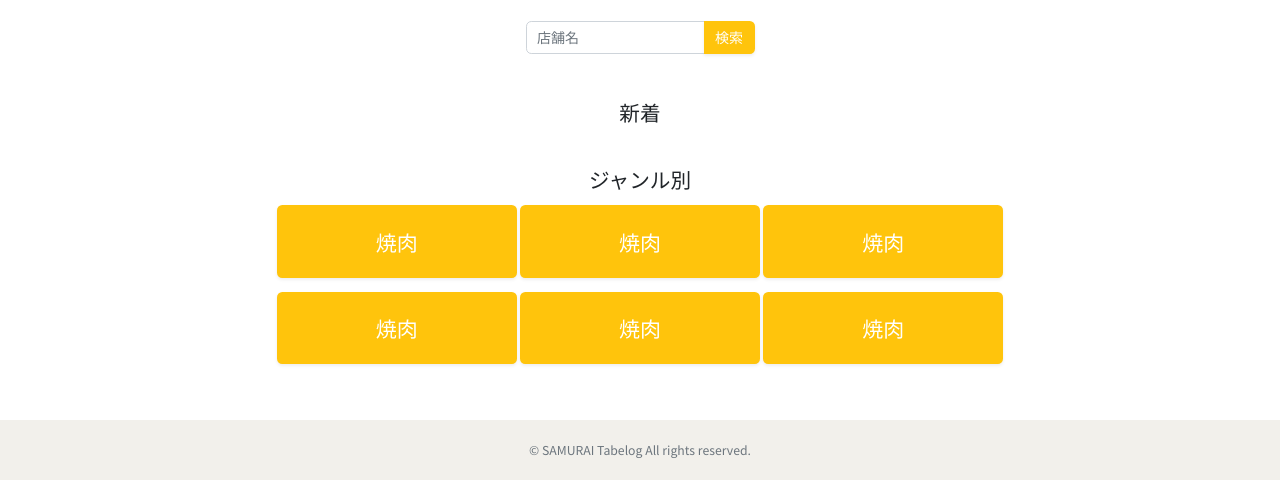
Repository: Mofu-Ya/springboot-tabelog-kadai
Page: http://localhost/index
The author's editor kept a copy of each file at every save. The page is drawn from the files as they stood at one save, then again after the next save.
The browser window is 1280 px wide. The pictures show the part of the page from y = 373 to 881 px (the page is 853 px tall before and 881 px after).
The page is this project's Thymeleaf template; nobody is signed in. The template is opened directly, without the code that normally fills it, so the values that code supplies are empty.

Above is the page before, as saved 2025-01-18 04:30:11.

### kadai_002/samuraitabelog/src/main/resources/templates/index.html
<!DOCTYPE html>
<html xmlns:th="https://www.thymeleaf.org" xmlns:sec="http://www.thymeleaf.org/extras/spring-security">
	<head>
		<div th:replace="~{fragment :: meta}"></div>
        <div th:replace="~{fragment :: styles}"></div>

		<title>SAMURAI tabelog</title>
	</head>
	<body>
		<div class="samuraitabelog-wrapper">
             <!-- ヘッダー -->
             <div th:replace="~{fragment :: header}"></div>

             <main>
				 <div class="d-flex justify-content-center">
                     <img class="samuraitabelog-header-photo" th:src="@{/images/header_photo.jpg}" alt="NAGOYAMESHI">
                 </div>
                 <div class="container pt-4 pb-5 samuraitabelog-container">
                     <div th:if="${param.loggedIn}" class="alert alert-info">
                         ログインしました。
                     </div>

                     <div th:if="${param.loggedOut}" class="alert alert-info">
                         ログアウトしました。
                     </div>

                     <div th:if="${successMessage}" class="alert alert-info">
						 <span th:text="${successMessage}"></span>
                     </div>

                     <div th:if="${errorMessage}" class="alert alert-info">
						 <span th:text="${errorMessage}"></span>
                     </div>



                     <div class="d-flex justify-content-center">
                         <form method="get" th:action="@{/restaurants}" class="mb-5 samuraitabelog-search-form">
                             <div class="input-group">
                                 <input type="text" class="form-control" name="keyword" th:value="${keyword}" placeholder="店舗名">
                                 <button type="submit" class="btn text-white shadow-sm samuraitabelog-btn">検索</button>
                             </div>
                         </form>
                     </div>

                     <h2 class="text-center mt-1 mb-3">新着</h2>
                     <div class="row row-cols-lg-5 row-cols-2 g-3 mb-5">
                         <div class="col" th:each="newRestaurant : ${newRestaurants}">
                             <a th:href="@{/restaurants/__${newRestaurant.getId()}__}" class="link-dark samuraitabelog-card-link">
                                 <div class="card h-100">
                                     <img th:if="${newRestaurant.getImageName()}" th:src="@{/storage/__${newRestaurant.getImageName()}__}" class="card-img-top samuraitabelog-vertical-card-image" alt="店舗画像">
                                     <img th:unless="${newRestaurant.getImageName()}" th:src="@{/images/noImage.png}" class="card-img-top samuraitabelog-vertical-card-image" alt="NO IMAGE">
                                     <div class="card-body">
                                         <h3 class="card-title" th:text="${newRestaurant.getName()}"></h3>
                                         <p class="card-text mb-1">
                                             <small class="text-muted" th:text="${newRestaurant.getCategory.getName()}"></small>
                                         </p>
                                     </div>
                                 </div>
                             </a>
                         </div>
                     </div>

                     <h2 class="text-center mb-3">ジャンル別</h2>
<!--                     <div class="col col-lg-10 col-10 mb-3 justify-content-center">-->

						 <div class="row mb-3">
							 <div class="col text-center">
							<a class="btn text-white shadow-sm category-btn samuraitabelog-btn" th:href="@{/restaurants}">焼肉</a>
						 	<a class="btn text-white shadow-sm category-btn samuraitabelog-btn" th:href="@{/restaurants}">焼肉</a>
						 	<a class="btn text-white shadow-sm category-btn samuraitabelog-btn" th:href="@{/restaurants}">焼肉</a>
						 	</div>
						 </div>
						 <div class="row mb-3">
							<div class="col text-center">
							<a class="btn text-white shadow-sm category-btn samuraitabelog-btn" th:href="@{/restaurants}">焼肉</a>
						 	<a class="btn text-white shadow-sm category-btn samuraitabelog-btn" th:href="@{/restaurants}">焼肉</a>
						 	<a class="btn text-white shadow-sm category-btn samuraitabelog-btn" th:href="@{/restaurants}">焼肉</a>
						 	</div>
						 </div>

<!--                     </div>-->


                 </div>
             </main>

             <!-- フッター -->
             <div th:replace="~{fragment :: footer}"></div>
         </div>

    	<div th:replace="~{fragment :: scripts}"></div>
	</body>
</html>

### kadai_002/samuraitabelog/src/main/resources/templates/fragment.html
<!DOCTYPE html>
	<html xmlns:th="https://www.thymeleaf.org" xmlns:sec="http://www.thymeleaf.org/extras/spring-security">
    <head>
        <!-- meta要素の部品化 -->
        <div th:fragment="meta" th:remove="tag">
            <meta charset="UTF-8">
            <meta name="viewport" content="width=device-width, initial-scale=1">
        </div>

        <!-- link要素の部品化 -->
        <div th:fragment="styles" th:remove="tag">
            <!-- Bootstrap -->
            <link href="https://cdn.jsdelivr.net/npm/bootstrap@5.2.3/dist/css/bootstrap.min.css" rel="stylesheet" integrity="sha384-rbsA2VBKQhggwzxH7pPCaAqO46MgnOM80zW1RWuH61DGLwZJEdK2Kadq2F9CUG65" crossorigin="anonymous">

            <!-- Google Fonts -->
            <link rel="preconnect" href="https://fonts.googleapis.com">
            <link rel="preconnect" href="https://fonts.gstatic.com" crossorigin>
            <link href="https://fonts.googleapis.com/css2?family=Noto+Sans+JP:wght@400;500&display=swap" rel="stylesheet">

            <link th:href="@{/css/style.css}" rel="stylesheet" >
        </div>

        <title>部品化用のHTMLファイル</title>
    </head>
    <body>
		<!-- ヘッダーの部品化 -->
        <div th:fragment="header" th:remove="tag">
            <nav class="navbar navbar-expand-md navbar-light bg-white shadow-sm samuraitabelog-navbar">
                <div class="container samuraitabelog-container">
                    <a class="navbar-brand" th:href="@{/}">
                        <img class="samuraitabelog-logo me-1" th:src="@{/images/logo.png}" alt="NAGOYAMESHI">
                    </a>

                    <button class="navbar-toggler" type="button" data-bs-toggle="collapse" data-bs-target="#navbarSupportedContent" aria-controls="navbarSupportedContent" aria-expanded="false" aria-label="Toggle navigation">
                         <span class="navbar-toggler-icon"></span>
                     </button>

                     <div class="collapse navbar-collapse" id="navbarSupportedContent">
                         <ul class="navbar-nav ms-auto">
                             <!-- 未ログインであれば表示する -->
                             <li class="nav-item" sec:authorize="isAnonymous()">
                                 <a class="nav-link" th:href="@{/login}">ログイン</a>
                             </li>
                             <li class="nav-item" sec:authorize="isAnonymous()">
                                 <a class="nav-link" th:href="@{/signup}">会員登録</a>
                             </li>

                             <!-- ログイン済みの無料会員であれば表示する -->
                             <li class="nav-item dropdown" sec:authorize="hasRole('GENERAL_FREE')">
                                 <a id="navbarDropdownGeneral" class="nav-link dropdown-toggle" href="#" role="button" data-bs-toggle="dropdown" aria-haspopup="true" aria-expanded="false" v-pre>
                                     <span sec:authentication="principal.user.name"></span>
                                 </a>

                                 <div class="dropdown-menu dropdown-menu-end" aria-labelledby="navbarDropdownGeneral">
                                     <a class="dropdown-item samuraitabelog-dropdown-item" th:href="@{/user}">会員情報</a>

                                     <div class="dropdown-divider"></div>

                                     <a class="dropdown-item samuraitabelog-dropdown-item" th:href="@{/logout}" onclick="event.preventDefault(); document.getElementById('logout-form').submit();">
                                         ログアウト
                                     </a>
                                     <form class="d-none" id="logout-form" th:action="@{/logout}" method="post"></form>
                                 </div>
                             </li>

                             <!-- ログイン済みの有料会員であれば表示する -->
                             <li class="nav-item dropdown" sec:authorize="hasAnyRole('GENERAL_PAID', 'OWNER_ADMIN')">
                                 <a id="navbarDropdownGeneral" class="nav-link dropdown-toggle" href="#" role="button" data-bs-toggle="dropdown" aria-haspopup="true" aria-expanded="false" v-pre>
                                     <span sec:authentication="principal.user.name"></span>
                                 </a>

                                 <div class="dropdown-menu dropdown-menu-end" aria-labelledby="navbarDropdownGeneral">
                                     <a class="dropdown-item samuraitabelog-dropdown-item" th:href="@{/user}">会員情報</a>
                                     <a class="dropdown-item samuraitabelog-dropdown-item" th:href="@{/reservations}">予約一覧</a>

                                     <div class="dropdown-divider"></div>

                                     <a class="dropdown-item samuraitabelog-dropdown-item" th:href="@{/logout}" onclick="event.preventDefault(); document.getElementById('logout-form').submit();">
                                         ログアウト
                                     </a>
                                     <form class="d-none" id="logout-form" th:action="@{/logout}" method="post"></form>
                                 </div>
                             </li>

                             <!-- 管理者であれば表示する -->
                             <li class="nav-item dropdown" sec:authorize="hasRole('ADMIN')">
                                 <a id="navbarDropdownAdmin" class="nav-link dropdown-toggle" href="#" role="button" data-bs-toggle="dropdown" aria-haspopup="true" aria-expanded="false" v-pre>
                                     管理者メニュー
                                 </a>

                                 <div class="dropdown-menu dropdown-menu-end" aria-labelledby="navbarDropdownAdmin">
									 <a class="dropdown-item samuraitabelog-dropdown-item" th:href="@{/user}">会員情報</a>
									 <a class="dropdown-item samuraitabelog-dropdown-item" th:href="@{/admin/users}">会員一覧</a>
                                     <a class="dropdown-item samuraitabelog-dropdown-item" th:href="@{/admin/restaurants}">飲食店一覧</a>

                                     <div class="dropdown-divider"></div>

                                     <a class="dropdown-item samuraitabelog-dropdown-item" th:href="@{/logout}" onclick="event.preventDefault(); document.getElementById('logout-form').submit();">
                                         ログアウト
                                     </a>
                                     <form class="d-none" id="logout-form" th:action="@{/logout}" method="post"></form>
                                 </div>
                             </li>
                         </ul>
                     </div>
                </div>
            </nav>
        </div>

		<!-- フッターの部品化 -->
        <div th:fragment="footer" th:remove="tag">
            <footer>
                <div class="d-flex justify-content-center align-items-center h-100">
                    <p class="text-center text-muted small mb-0">&copy; SAMURAI Tabelog All rights reserved.</p>
                </div>
            </footer>
        </div>

        <!-- script要素の部品化 -->
        <div th:fragment="scripts" th:remove="tag">
            <!-- Bootstrap -->
            <script src="https://cdn.jsdelivr.net/npm/bootstrap@5.2.3/dist/js/bootstrap.bundle.min.js" integrity="sha384-kenU1KFdBIe4zVF0s0G1M5b4hcpxyD9F7jL+jjXkk+Q2h455rYXK/7HAuoJl+0I4" crossorigin="anonymous"></script>
        </div>
    </body>
</html>

### kadai_002/samuraitabelog/src/main/resources/static/css/style.css
html {
  font-size: 14px;
}

body {
  font-family: 'Noto Sans JP', sans-serif;
}

h1 {
  font-size: 1.5rem;
}

h2 {
  	font-size: 1.475rem;
}

h3 {
	font-size: 1.25rem;
}

a {
/*  color: #5196a6;*/
  color: #005133;
  text-decoration: none !important;
}

a:hover {
    color: #407784;
}

footer {
  width: 100%;
  height: 60px;
  position: absolute;
  bottom: 0;
  background-color: #f2f0eb;
}

.samuraitabelog-wrapper {
  min-height: 100vh;
  position: relative;
  padding-bottom: 60px;
  box-sizing: border-box;
}

.samuraitabelog-navbar {
  min-height: 60px;
}

.samuraitabelog-logo {
  height: 50px;
}

.samuraitabelog-header-photo {
  width: 100%;
  height: 300px;
}



.samuraitabelog-btn {
/*  background-color: #5196a6 !important;   */
  background-color: #FFC40C !important;
  transition: 0.1s;
}

.samuraitabelog-btn:hover {
  opacity: 0.8;
}

.samuraitabelog-page-link {
/*  color: #5196a6;*/
  color: #FFC40C;;
}

.samuraitabelog-page-link:hover {
  color: #407784;
}

.samuraitabelog-active {
/*  background-color: #5196a6 !important;*/
/*  border-color: #5196a6 !important;*/
  background-color: #FFC40C !important;
  border-color: #FFC40C !important;
}

.samuraitabelog-pre-wrap {
	/* 改行文字で行を折り返す */
	white-space: pre-wrap;
}

.samuraitabelog-link-danger {
     color: #f2594b;
 }

 .samuraitabelog-link-danger:hover {
     color: #a63c3c;
 }

 .samuraitabelog-btn-danger {
     background-color: #f2594b !important;
     transition: 0.1s;
 }

 .samuraitabelog-btn-danger:hover {
   opacity: 0.8;
 }

.samuraitabelog-dropdown-item:active {
   background-color: #5196a6;
 }

.samuraitabelog-card-link {
	transition: 0.3s;
}

.samuraitabelog-card-link:hover {
	opacity: 0.7;
}

.samuraitabelog-horizontal-card-image {
	width: 100%;
	height: 240px;
	object-fit: cover;
}

.samuraitabelog-sort-box {
   width: 150px;
 }

.samuraitabelog-vertical-card-image {
   width: 100%;
   height: 150px;
   object-fit: cover;
}

 .samuraitabelog-search-form {
     max-width: 300px;
 }

 .samuraitabelog-timepicker-form {
     height: 34px;
/*     border-color: lightgrey;*/
     border: 1px solid lightgrey;
     border-radius: 4px;
     padding: 10px;
 }

 /* ベースのFlatpickrスタイルをカスタマイズ */
.flatpickr-time {
    display: flex;
    justify-content: center;
    align-items: center;
    gap: 5px;
/*    font-family: 'Arial', sans-serif;*/
    font-family: 'Noto Sans JP', sans-serif;
    background-color: #f7f9fc;
/*    background-color:red;*/
    border-radius: 8px;
    padding: 10px;
/*    width: 200px;*/
    box-shadow: 0 4px 8px rgba(0, 0, 0, 0.1);
    overflow: hidden; /* 外枠を見切れさせない */
}

/* 不要な分・秒を非表示 */
.flatpickr-time .flatpickr-minute {
    display: none !important; /* 完全に非表示にする */
}

/*.flatpickr-time .flatpickr-minute .arrow {*/
/*    display: none !important;  完全に非表示にする */
/*}*/


/* 時間選択の各要素 */
.flatpickr-time .flatpickr-hour　{
    width: 70px;
    height: 40px;
    overflow: hidden;
    border-radius: 5px;
    border: 1px solid #ccc;
/*    border: 1px solid red;*/
    background-color: white;
    text-align: center;
    font-size: 1.2rem;
/*    font-weight: bold;*/
    line-height: 40px;
    color: #333;
    cursor: pointer;
    user-select: none;
    transition: all 0.2s ease-in-out;
}

/* 選択中の要素 */
.flatpickr-time .flatpickr-hour:hover,
.flatpickr-time .flatpickr-minute:hover,
.flatpickr-time .flatpickr-second:hover,
.flatpickr-time .flatpickr-am-pm:hover {
    background-color: #eaf3ff;
    color: #007bff;
    transform: scale(1.1);
}

/* ドラムロールのエフェクト風 */
.flatpickr-time .flatpickr-hour,
.flatpickr-time .flatpickr-minute,
.flatpickr-time .flatpickr-second {
    display: flex;
    flex-direction: column;
    align-items: center;
    justify-content: center;
    position: relative;
    height: auto;
}

/* 確認画面の Card のスタイル */
.confirm-card {
	width: 90%;
	max-width: 600px;
}

.confirm-card-body {
	padding: 20px;
}

.confirm-card-btn {
	width: 120px;
}

.complete-card-btn {
	width: 180px;
}

.category-btn {
	width: 240px;
	font-size: 1.5rem;
	line-height: 60px; /* 行の高さをボタンの高さと同じに設定 */
    text-align: center; /* 水平方向の中央揃え */
    vertical-align: middle; /* 垂直方向の中央揃え */
}


.samuraitabelog-cancel-btn {
	color: #FFC40C !important;
	background-color: white !important;
	border: 1px solid #FFC40C;
  	transition: 0.1s;
}

.samuraitabelog-cancel-btn:hover {
	color:  #191C16 !important;
	background-color: #B4BBAB !important;
	border: 1px solid #FFC40C;
  	opacity: 0.6;
}

/*.flatpickr-time .flatpickr-hour:before,*/
/*.flatpickr-time .flatpickr-minute:before,*/
/*.flatpickr-time .flatpickr-second:before {*/
/*    content: "";*/
/*    position: absolute;*/
/*    top: 0;*/
/*    width: 100%;*/
/*    height: 50%;*/
/*    background: linear-gradient(to bottom, rgba(255, 255, 255, 0.9), rgba(255, 255, 255, 0));*/
/*    z-index: 1;*/
/*}*/

/*.flatpickr-time .flatpickr-hour:after,*/
/*.flatpickr-time .flatpickr-minute:after,*/
/*.flatpickr-time .flatpickr-second:after {*/
/*    content: "";*/
/*    position: absolute;*/
/*    bottom: 0;*/
/*    width: 100%;*/
/*    height: 50%;*/
/*    background: linear-gradient(to top, rgba(255, 255, 255, 0.9), rgba(255, 255, 255, 0));*/
/*    z-index: 1;*/
/*}*/


@media screen and (min-width: 1400px) {
  .samuraitabelog-container {
    max-width: 1200px;
  }
}

After the next save:
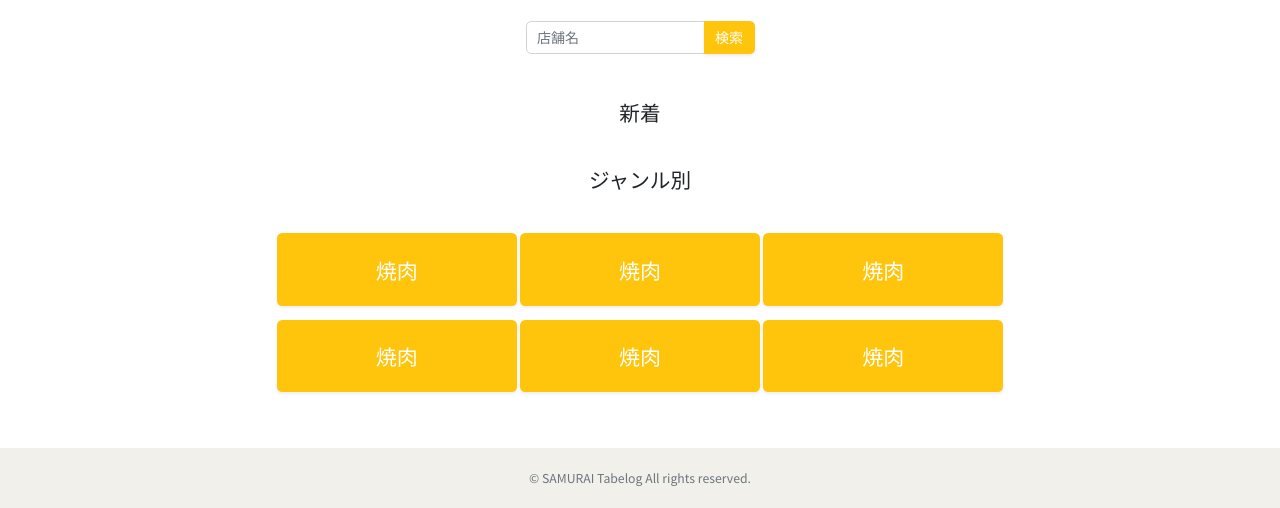
Saved 35 s later.
--- a/kadai_002/samuraitabelog/src/main/resources/templates/index.html
+++ b/kadai_002/samuraitabelog/src/main/resources/templates/index.html
@@ -61,7 +61,7 @@
                          </div>
                      </div>
 
-                     <h2 class="text-center mb-3">ジャンル別</h2>
+                     <h2 class="text-center mb-5">ジャンル別</h2>
 <!--                     <div class="col col-lg-10 col-10 mb-3 justify-content-center">-->
 
 						 <div class="row mb-3">
